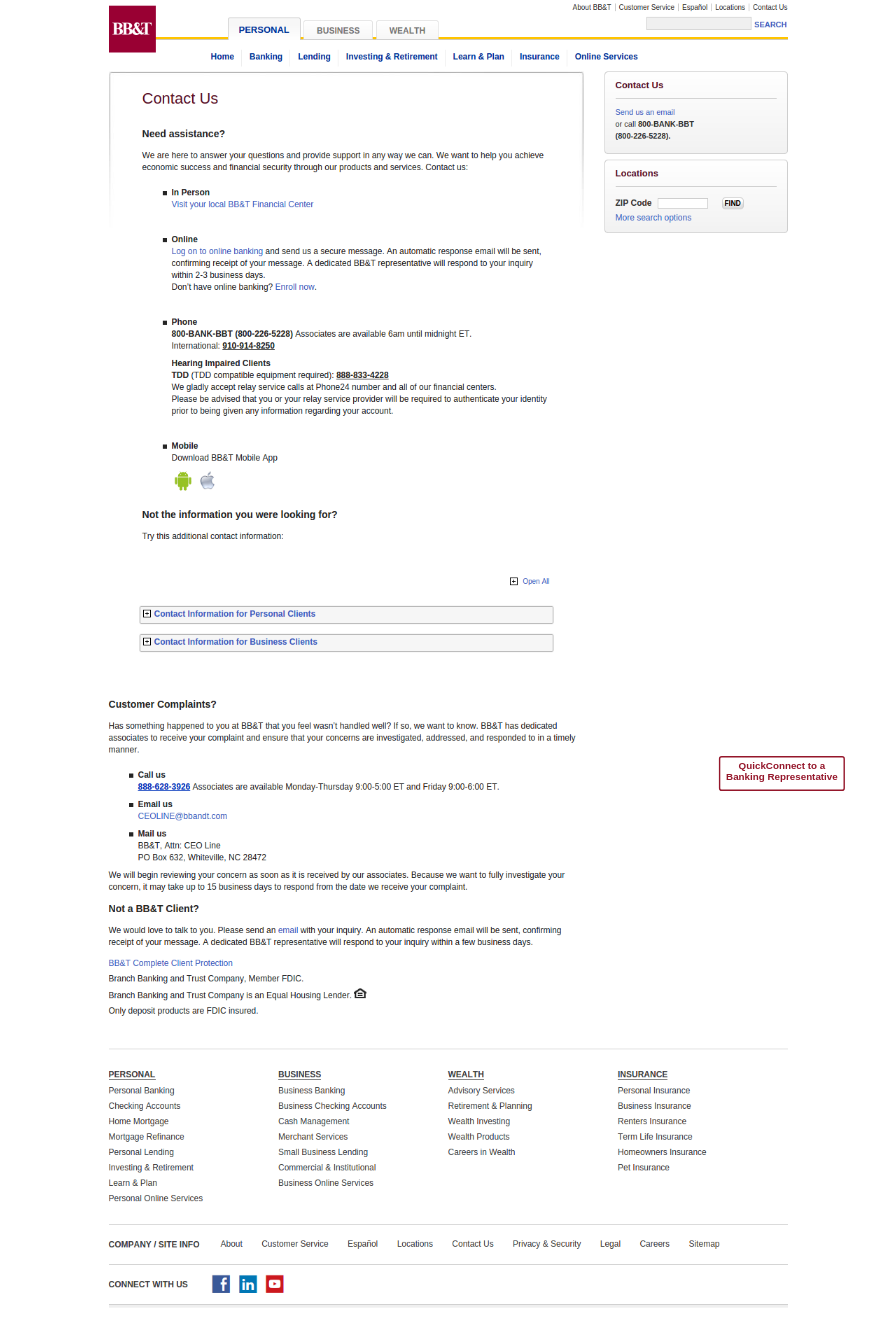
Repository: reidstidolph/chameleon
Page: public/demos/bbt/bbt.html
The author's editor kept a record of every edit. The page is drawn from the files as they stood at one moment, then again after the next edit.
The browser window is 1280 px wide. The pictures show the whole page, at 70% of full size.
Some web libraries are served in a nearby version.

Above is the page before.

### public/demos/bbt/bbt.html
<!DOCTYPE html>
<html>
<head><meta http-equiv="Content-Type" content="text/html; charset=UTF-8">
     <meta charset="utf-8">
     <meta http-equiv="Pragma" content="no-cache">
     <meta http-equiv="X-UA-Compatible" content="IE=edge,chrome=1">
     <title>Customer</title>
     <link rel="shortcut icon" href="oracle-favicon.ico" type="image/x-icon" />
     <script type="text/javascript" src="/public/js/angular.js"></script>
     <script type="text/javascript" src="/public/js/chameleonBeta.js"></script>
    <script type="text/javascript">
var mySipUserId = "customer@oracledemo.com";
var agentSipUserId = "agent@oracledemo.com";

var configuration = {
    sipUser : mySipUserId,
    wscUri : "ws://192.168.9.6:7001/ws/webrtc/guest",
    sipUsername : mySipUserId,
    sipPassword : "oracle4webrtc",
    localAudioId: "localAudio",
    remoteAudioId : "remoteAudio",
    ringtoneId : "ringback",
    ringbackId: "ringback",
    localVideoId : "selfVideo",
    remoteVideoId : "remoteVideo",
    maxAttemptedCalls : 1,
    maxActiveCalls : 1,
    callbacks : {}
};

var formFieldNames = {
    title : "Trade Request Form",
    fieldName1 : "Stock Symbol",
    fieldName2 : "Quantity",
    fieldName3 : "Price",
    fieldName4 : "Limit",
    fieldName5 : "Options",
    fieldName6 : "Comments"
    };

window.onload = function() {
    document.getElementById('companyName').innerHTML = "Oracle Bank";
    document.getElementById('buttonTextLine1').innerHTML = "QuickConnect to a";
    document.getElementById('buttonTextLine2').innerHTML = "Banking Representative";
};


</script>
<style>
#advisorButton {
    /* Change these attributes to customize the button to activate widget */
    color: #95172b; /* <-- This will set the color of the text */
    border-color: #95172b; /* <-- This will set the color of border surrounding the button */
    font-size: 14px; /* <-- This will set the size of the font */
    margin: 1080px 0 0 387px;; /* <-- This will set the position of the button on the screen
    the value is defined as "margin: top right bottom left". A value of "0 0 0 0" will stick
    it centered at the very top. So, keep the right and bottom values at 0, then just
    adjust top and left to place it where you want it. */
    height: 40px; /* <-- This will set the height of the button*/
    width: 170px; /* <-- This will set the width of the button*/


    /* These attributes you likely won't need to change */
    border: solid 2px;
    padding: 3px;
    border-radius: 4px;
    cursor: pointer;
    text-align: center;
    font-family: Arial, Helvetica, sans-serif;
    font-weight: bold;
    position: absolute;
    left: 50%;
    display: block;
    background-color: white;
}

#background {
    /* Change these attributes to customize the background */
    background-image:url('images/background.png');
    height: 1885px;

    /* These attributes you likely won't need to change */
    position: absolute;
    left: 0;
    top: 0;
    bottom: 0;
    right: 0;
    overflow:hidden;
    background-position:center top;
}

#widget-container {
    /* Change these attributes to customize the widget */
    background-color: #95172b; /* <-- This will set the color of the widget border */
    color: grey; /* <-- This will set the color of the text and icons within the widget */

    /* These attributes you likely won't need to change */
    height: 450px;
    width: 630px;
    margin: -300px 0 0 -315px;
    left: 50%;
    top: 360px;
    display: block;
    position: absolute;
    box-shadow: 50px 50px 100px 10px black;
    border-radius: 15px;
    pointer-events: auto;
    opacity: 1.0;
}

#widget-logo {
    position:absolute;
    right:60px; bottom:-40px;
    border: solid 5px;
    margin: 3px; padding: 3px;
    background-color: white;
    height: 60px
}
</style>
</head>
  <body ng-app="customer" ng-controller="customerController" onorientationchange="setViewPort();">

      <div class="loading-overlay" ng-class="{loadingComplete : pageIsLoaded === true, loadingAnimation : pageIsLoaded === true}" style="position: absolute; left: 0; top: 0; bottom: 0; right: 0; background: #000; opacity: 1; pointer-events:none; z-index: 2000;">
        <img style="pointer-events:none; width: 500px; height: 500px; position: absolute; top: 50%; left: 50%; margin: -250px 0 0 -250px;" class="loading" src="/public/img/loadingloop.gif">
    </div>

  <div id="background">
      <div ng-click="talkToAdvisor()" id="advisorButton"><a id="buttonTextLine1"></a><br><a id="buttonTextLine2"></a></div>
  </div>

<audio id="ringback" preload=auto src="/public/media/ringtones/xylophone.ogg" loop></audio>
<audio id="activate" preload=auto src="/public/media/soundfx/waterdrop.ogg"></audio>
<audio id="deactivate" preload=auto src="/public/media/soundfx/logout.mp3"></audio>

<div style="text-align:center;">
    <div class="widget-overlay">
        <div class="form-overlay" ng-class="{overlayDarken : (syncData.form.active === true && chameleon.isActiveCall === true)}"></div>
        <div id="widget-container" ng-class="{entershow : (helpActive === true && widgetDocked === null),
                                              enterhide : (helpActive === false && (widgetDocked === false || widgetDocked === null)),
                                              enterhideFromDocked : (helpActive === false && widgetDocked === true),
                                              widgetDock : (widgetDocked === true && helpActive === true),
                                              widgetUndock : (widgetDocked == false && helpActive === true)
                                              }">
            <div id="widget-header">
                <h3 style="font-size: 30px">
                    <span ng-hide='chameleon.isActiveCall === true || chameleon.isOutgoingCall === true || madeHelpCall === true || widgetDocked === true'>Connect wth <a id="companyName"></a></span>
                    <span ng-show='chameleon.isOutgoingCall === true && (widgetDocked === false || widgetDocked === null)'>Connecting you...</span>
                    <span ng-show='chameleon.isActiveCall === true && (widgetDocked === false || widgetDocked === null)'>How can I help?</span>
                    <span ng-show='chameleon.isActiveCall === false && chameleon.isOutgoingCall === false && madeHelpCall === true && widgetDocked === true'>Thank You for contacting us!</span>
                    <span class="fa fa-times" style="position:absolute; right:20px; top: 18px; cursor:pointer" ng-click="endHelp()"></span>
                    <span ng-hide='widgetState == "activeDocked" 'class="fa fa-minus" style="position:absolute; right:50px; top: 18px; cursor:pointer" ng-click="toggleWidgetDock()"></span>
                    <span ng-show='widgetState == "activeDocked" 'class="fa fa-plus" style="position:absolute; right:50px; top: 18px; cursor:pointer" ng-click="toggleWidgetDock()"></span>
                </h3>
            </div>
            <div id="widget-body" style="text-align:center;">
                <div ng-hide='chameleon.isActiveCall === true || chameleon.isOutgoingCall === true || madeHelpCall === true'>
                    <div style="font-size:50px; position: relative; text-align:center;">

                        <span class="genericButton" ng-click="doVoiceCall()" ng-hide="widgetDocked === true">Voice &nbsp &nbsp &nbsp &nbsp</span>

                        <span class="genericButton" ng-click="doVideoCall()" ng-hide="widgetDocked === true">Video <br></span>

                        <span class="fa fa-volume-up fa-6 genericButton buttonIcon" ng-class="{buttonDock : (widgetDocked === true),
                                                                                               buttonUndock : (widgetDocked === false)
                        }" ng-click="doVoiceCall()"></span>
                        &nbsp &nbsp  &nbsp &nbsp
                        <span class="fa fa-video-camera fa-6 genericButton buttonIcon" ng-class="{buttonDock : (widgetDocked === true),
                                                                                                  buttonUndock : (widgetDocked === false)

                        }" ng-click="doVideoCall()"></span>
                    </div>
                </div>
                <div style="text-align:center;" ng-show="chameleon.signallingStateId == 1">
	                <span><strong>Error:  </strong>{{chameleon.signallingError.code}} {{chameleon.signallingError.reason}}</span><br>
	                Please try again later.
                </div>
                <div style="text-align:center;" ng-show='chameleon.isActiveCall === false && chameleon.isOutgoingCall === false && madeHelpCall === true'>
                    <br><br><br><br><br><br><br>
                    <span style="font-size:60px">Hope to see you again soon.</span>
                </div>

                <div style="text-align:center;" ng-show="chameleon.isOutgoingCall === true">
                    <br><br><br><br><br>
                    <span ng-hide="widgetDocked === true" style="font-size:30px">Connecting you to a specialist</span><br><br>
                    <img style="pointer-events:none;" src="/public/img/redloading.gif">
                    <br>
                </div>

                <div ng-show='chameleon.isActiveCall === true'>
                    <div id="videoContainer">
            	        <video ng-show='chameleon.activeCallVideo == "RECVONLY" || chameleon.activeCallVideo == "SENDRECV"' class="video" id="remoteVideo" autoplay ></video>
            	        <div class="videoSubContainer" >
            	            <video ng-show='chameleon.activeCallVideo == "SENDONLY" || chameleon.activeCallVideo == "SENDRECV"' class="video" id="selfVideo" autoplay muted></video>
            	        </div>
                    </div>
                        <div class="pulse animated infinite" ng-show='chameleon.activeCallVideo == "NONE"' >
                            <span class="fa fa-volume-up fa-6" style="font-size: 130px; position: absolute; left: 50%; display: block; width: 100px; margin: 0px 0 0 -60px;"></span>
                        </div>
                        <div style="top:174px; position:relative" ng-show='chameleon.activeCallVideo == "NONE" && (widgetDocked === false || widgetDocked === null)' >
                            <span style="font-size: 50px">Voice Call</span>
                        </div>
                        <div class="genericButton">
                            <span ng-click="hangupCall()" class="fa fa-times-circle fa-6" style="font-size:140px; position:absolute; left:20px; bottom:100px;"></span>
                        </div>
                </div>

            </div>
            <div id="widget-footer">

            </div>
            <img src="images/logo.png" id="widget-logo">
        </div>

        <div id="form-container"  ng-class="{formshow : (syncData.form.active === true && chameleon.isActiveCall === true),
                                            formhide : (syncData.form.active === false || chameleon.isActiveCall === false)}">

            <div id="form-container-body" class="col-sm-6 ">
                <h2>{{formFieldNames.title}}</h2>
                <br><span id="entry1"><strong> {{formFieldNames.fieldName1}}</strong>:  <br><input type="text" class="form-control" ng-model="syncData.form.field1"></input></span>
                <br><span id="entry2"><strong> {{formFieldNames.fieldName2}}</strong>:  <br><input type="text" class="form-control" ng-model="syncData.form.field2"></input></span>
                <br><span id="entry3"><strong> {{formFieldNames.fieldName3}}</strong>:  <br><input type="text" class="form-control" ng-model="syncData.form.field3"></input></span>
                <br><span id="entry4"><strong> {{formFieldNames.fieldName4}}</strong>:  <br><input type="text" class="form-control" ng-model="syncData.form.field4"></input></span>
                <br><span id="entry5"><strong> {{formFieldNames.fieldName5}}</strong>:  <br><input type="text" class="form-control" ng-model="syncData.form.field5"></input></span>
                <br><span id="entry6"><strong> {{formFieldNames.fieldName6}}</strong>:  <br><input type="text" class="form-control" ng-model="syncData.form.field6"></input></span>
                <br><button class="btn btn-default" id="login-button" ng-click="submitForm()">Submit</button>
        	</div>
        </div>
    </div>


</div>
<audio id="localAudio" muted></audio>
<link rel="stylesheet" href="//netdna.bootstrapcdn.com/font-awesome/4.1.0/css/font-awesome.min.css">
<link rel="stylesheet" type="text/css" href="/public/css/customer.css">

<script>
var angularApp = angular.module('customer', []);


/**==========================================
 *  Angular service
   ========================================== */
angularApp.factory("chameleonService", function(){

    return chameleon;

});



angularApp.controller('customerController', ["$scope", "chameleonService", function($scope, chameleonService){

    $scope.pageIsLoaded = false;
    $scope.helpActive = false;
    $scope.madeHelpCall = false;
    $scope.widgetDocked = null;

    $scope.syncData = {
        type : "syncData",
        customerVersion : 0,
        agentVersion : 0,
        form : {
            active : false,
            field1 : "",
            field2 : "",
            field3 : "",
            field4 : "",
            field5 : "",
            field6 : ""
        }
    };

    $scope.formFieldNames = formFieldNames;

    console.log("Page is ready");
    setTimeout(function(){
        console.log("trigger removal of loader screen");
        $scope.pageIsLoaded = true;
        $scope.$apply();
    },1000);


    $scope.configuration = configuration;

    $scope.configuration.callbacks.onIncomingData = function (event) {
        console.log("Got Data!!! " + event.data );
        var newData = JSON.parse(event.data);

        if (newData.type == "syncData") {
            if (newData.agentVersion === $scope.syncData.agentVersion) {
                console.log("ignore.");
            } else if (newData.agentVersion !== $scope.syncData.agentVersion) $scope.syncData = newData;

            if($scope.syncData.form.active === true) {
                $scope.widgetDocked = true;
            }
        }

        if (newData.type == "command") {
            console.log ("Got a command: " + newData.action );
            var element = document.getElementById(newData.element);
            element.classList.add('focusElement');

            setTimeout(function(){
                element.classList.remove('focusElement');
            },1000);
        }
    };

    $scope.chameleon = chameleonService;

    $scope.talkToAdvisor = function(){
        console.log($scope.helpActive);
        document.getElementById("activate").play();
        $scope.helpActive = true;
        $scope.widgetDocked = null;
        chameleonService.bootstrap($scope.configuration, $scope);
        console.log("Request for Help");
        console.log($scope.helpActive);
    };

    $scope.wscInit = function(){
        chameleonService.bootstrap($scope.configuration, $scope);
    };

    $scope.reset = function(){
        chameleonService.initialize();
    };

    $scope.wscStop = function(){
        chameleonService.closeSession();
    };

    $scope.answerIncomingCall = function(call){
        console.log("Accept call button is clicked!");
        chameleonService.acceptIncomingCall(call);
    };

    $scope.declineIncomingCall = function(call){
        console.log("Decline call button is clicked.");
        chameleonService.rejectIncomingCall(call);
    };

    $scope.cancelOutgoingCall = function(call){
        console.log("Cancel call button is clicked.");
        chameleonService.cancelOutgoingCall(call);
    };

    $scope.hangupCall = function(call){
        console.log("Hang up button clicked.");
        chameleonService.endActiveCall(call);
    };


    $scope.doVoiceCall = function(){
        console.log("Make voice call button clicked");
        $scope.syncData.form.active = false;
        chameleonService.makeCall(agentSipUserId, audioCall);
    };

    $scope.doVideoCall = function(){
        console.log("Make video call button clicked");
        $scope.syncData.form.active = false;
        chameleonService.makeCall(agentSipUserId, videoCall);
    };


    $scope.endHelp = function() {
        chameleonService.closeSession();
        $scope.helpActive = false;
        $scope.syncData.form.active = false;
        $scope.madeHelpCall = false;
        document.getElementById("deactivate").play();
    };

    $scope.toggleWidgetDock = function() {

        if($scope.syncData.form.active === true) {

            $scope.widgetDocked = true;

            return;
        }

        if ($scope.widgetDocked === null) $scope.widgetDocked = true;
        else $scope.widgetDocked = !$scope.widgetDocked;
    };

    $scope.submitForm = function() {
        $scope.syncData.form.active = false;
        $scope.widgetDocked = false;
    };

    $scope.outboundCallee;
    $scope.sessionMedia = {};
    $scope.sessionMedia.audio = true;
    $scope.sessionMedia.video = false;
    $scope.sessionMedia.data = false;



    var audioCall = {
        audio : true,
        video : false,
        data  : true,
        dcConfig : [{"label":"chameleonDataChannel", "reliable" : true }]
    };

    var videoCall = {
        audio : true,
        video : true,
        data  : true,
        dcConfig : [{"label":"chameleonDataChannel", "reliable" : true }]
    };




    $scope.$watch('syncData.form', function() {

        if (chameleonService.calls.active[0] && chameleonService.calls.active[0].dataChannels[0].getState() == "open") {
            console.log("sending form update.");
            $scope.syncData.customerVersion++;
            chameleonService.calls.active[0].dataChannels[0].sendData(JSON.stringify($scope.syncData));
        }
    }, true);

}]);
</script>

</body>

</html>

Loaded but not shown: public/js/angular.js (library); public/js/chameleonBeta.js (943 lines, source omitted); public/css/customer.css (1068 lines, source omitted)

After the next edit:
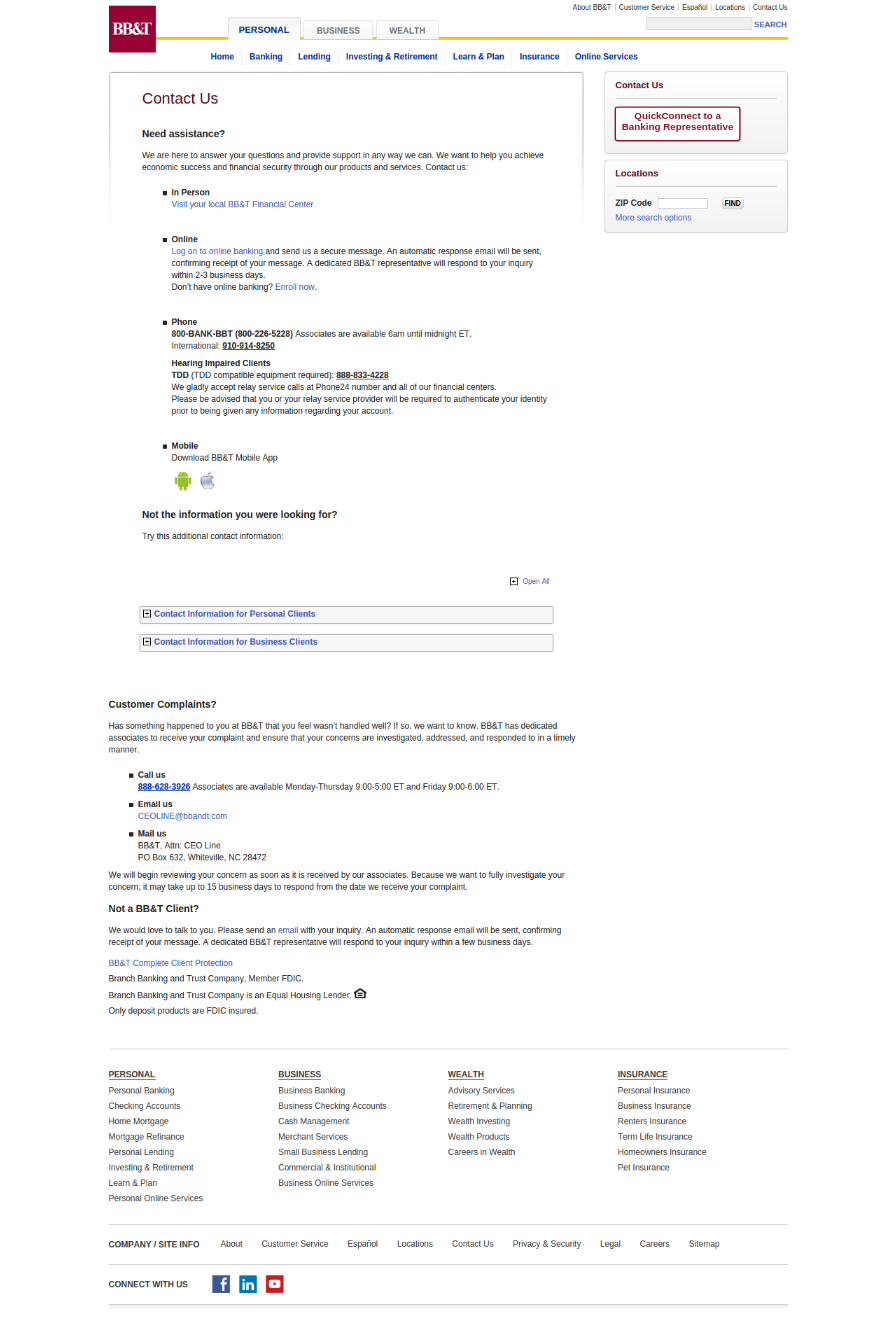
The edit:
--- a/public/demos/bbt/bbt.html
+++ b/public/demos/bbt/bbt.html
@@ -52,7 +52,7 @@
     color: #95172b; /* <-- This will set the color of the text */
     border-color: #95172b; /* <-- This will set the color of border surrounding the button */
     font-size: 14px; /* <-- This will set the size of the font */
-    margin: 1080px 0 0 387px;; /* <-- This will set the position of the button on the screen
+    margin: 152px 0 0 238px; /* <-- This will set the position of the button on the screen
     the value is defined as "margin: top right bottom left". A value of "0 0 0 0" will stick
     it centered at the very top. So, keep the right and bottom values at 0, then just
     adjust top and left to place it where you want it. */
